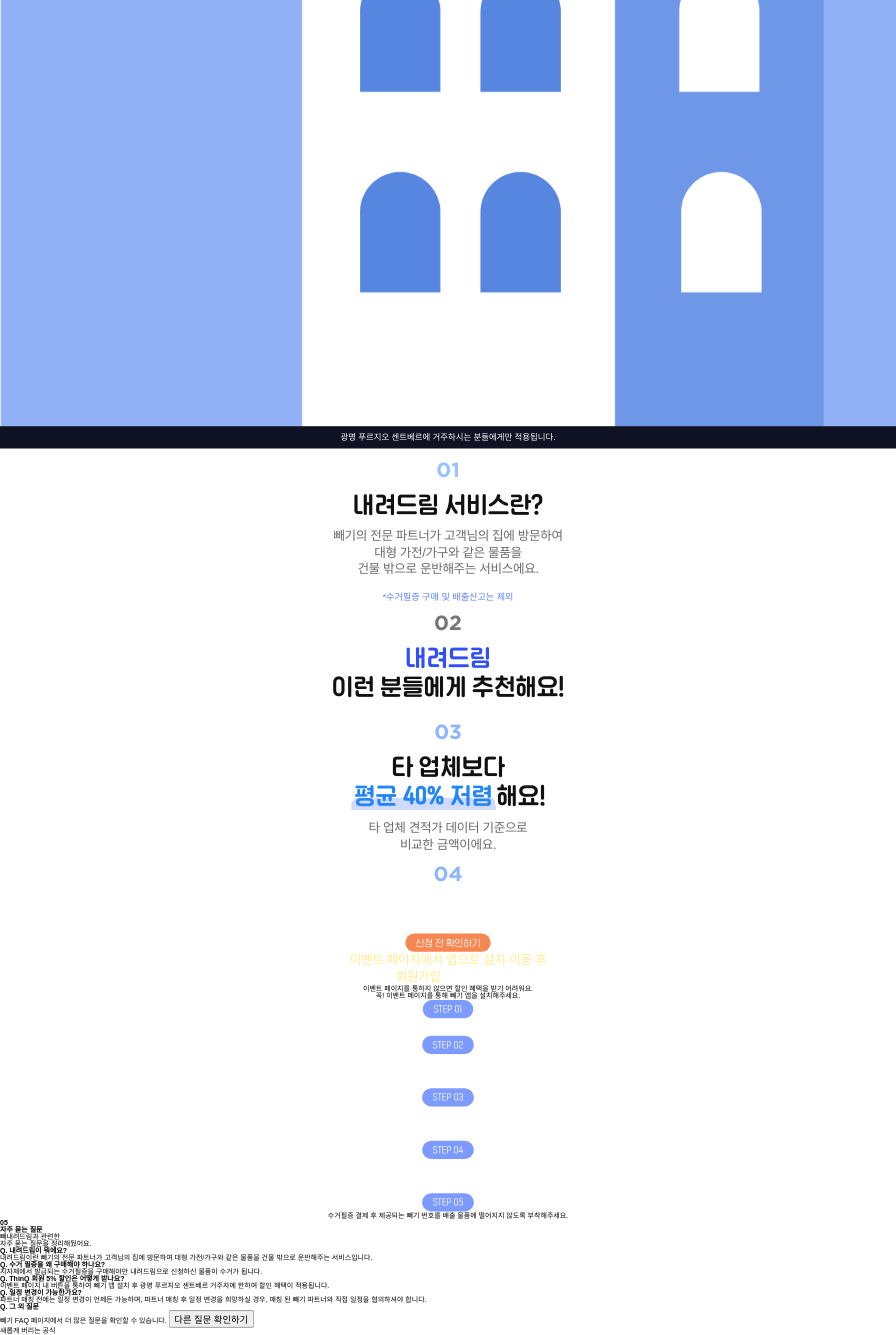
Repository: seraLeeDev/lgthinq-test
Page: index2.html
An editor plug-in stored every save of this project. The page is shown before and after the next save, followed by the edit.
The browser window is 1280 px wide. The pictures show the part of the page from y = 2834 to 4754 px (the page is 4741 px tall before and 4754 px after), at 70% of full size.
Some web fonts or font styles are not loaded; a fallback is used.

Above is the page before, as saved 2023-03-14 15:26:29.
Console error: ReferenceError: AOS is not defined

After the next save:
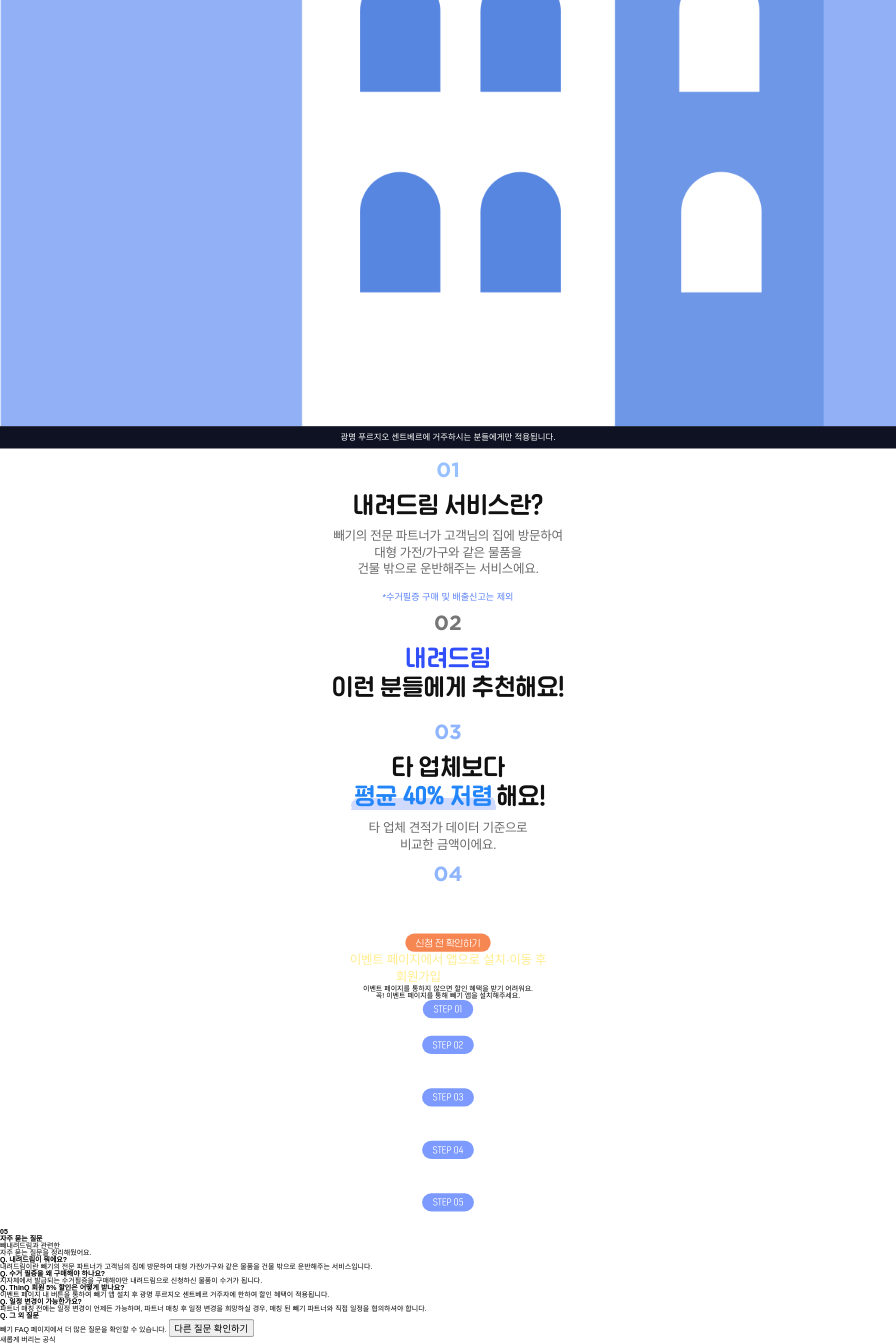
Saved 4 s later.
--- a/index2.html
+++ b/index2.html
@@ -209,7 +209,7 @@
               <span class="box-chip GGothic text-white bg-lightblue"
                 >STEP 05</span
               >
-              <p>
+              <p class="text-white section-desc sec4">
                 수거필증 결제 후 제공되는 빼기 번호를 배출 물품에 떨어지지
                 않도록 부착해주세요.
               </p>
